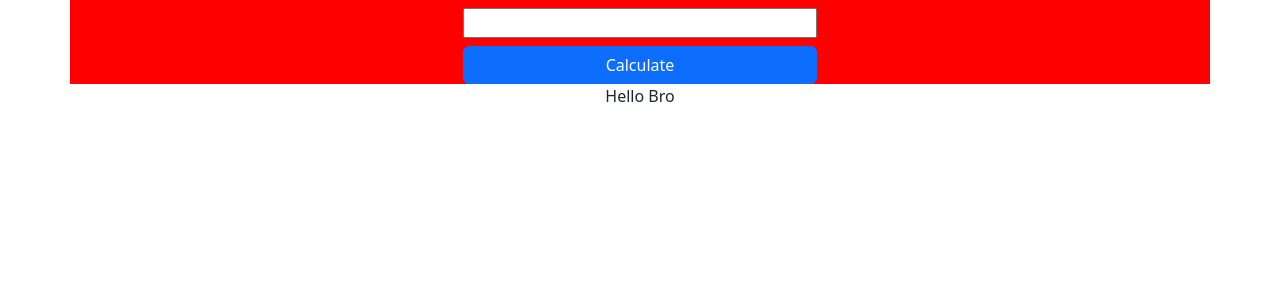
Repository: LeGrandMAG/magCalculator
Page: index.html
The author's editor kept a copy of each file at every save. The page is drawn from the files as they stood at one save, then again after the next save.
The browser window is 1280 px wide. The pictures show the whole page.

Above is the page before, as saved 2022-05-26 13:10:45.

### index.html
<!DOCTYPE html>
<html lang="en">
<head>
    <meta charset="UTF-8">
    <meta http-equiv="X-UA-Compatible" content="IE=edge">
    <meta name="viewport" content="width=device-width, initial-scale=1.0">
    <link href="https://cdn.jsdelivr.net/npm/bootstrap@5.2.0-beta1/dist/css/bootstrap.min.css" rel="stylesheet" integrity="sha384-0evHe/X+R7YkIZDRvuzKMRqM+OrBnVFBL6DOitfPri4tjfHxaWutUpFmBp4vmVor" crossorigin="anonymous">
    <link rel="shortcut icon" href="assets/images/icon.ico"image/x-icon">
    <script src="app.js"></script>
    <link href="style.css" rel="stylesheet">
    <title>Price Calculator</title>
</head>
<body>


    <div class="container">
        <form class="row"action="">
            <input class="mt-2 mb-2" type="text">

                <button onclick="myFunction()" class="btn btn-primary"> Calculate</button>
        </form>
    </div>
    <p id="okay">Hello Bro</p>


</body>
</html>

### app.js


function myFunction(){
        document.getElementById('okay').innerHTML = "doll"

}

### style.css
body{
    margin:auto;
    align-items: center;
    text-align: center;
}
.container{
    margin:auto;
    background: red;
    display: flex;
    justify-content: center;
    align-items: center;
}

.form-elem{
    margin-top: 10;
    margin-bottom: 10;
}

After the next save:
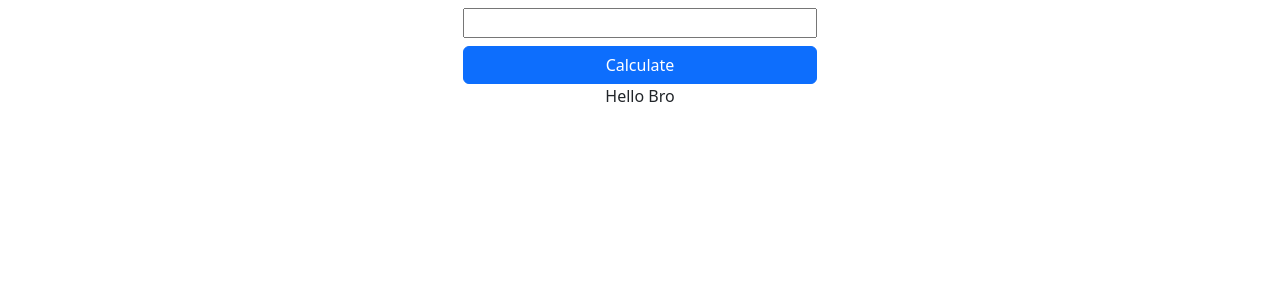
Saved 30 s later.
--- a/style.css
+++ b/style.css
@@ -5,7 +5,6 @@ body{
 }
 .container{
     margin:auto;
-    background: red;
     display: flex;
     justify-content: center;
     align-items: center;
